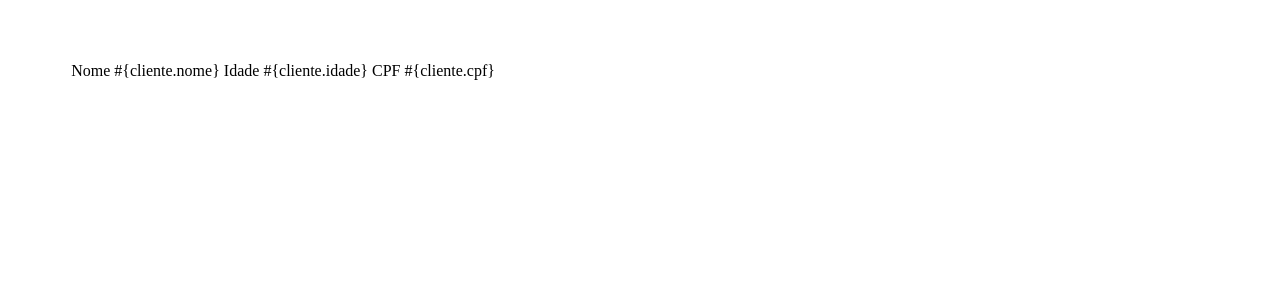
Repository: guiguizan/CRUD-JAVA-WEB
Page: crudnaweb/WebContent/buscaEnd.html
These files come from the project's save history. The page is drawn as it stood at one moment and after the next save; the edit follows.
The browser window is 1280 px wide. The pictures show the whole page.

Above is the page before, as saved 2021-02-03 18:13:56.

### crudnaweb/WebContent/buscaEnd.html
<!DOCTYPE html PUBLIC "-//W3C//DTD XHTML 1.0 Transitional//EN"
    "http://www.w3.org/TR/xhtml1/DTD/xhtml1-transitional.dtd">

<html xmlns="http://www.w3.org/1999/xhtml"
	xmlns:ui="http://xmlns.jcp.org/jsf/facelets"
	xmlns:h="http://xmlns.jcp.org/jsf/html"
	xmlns:f="http://xmlns.jcp.org/jsf/core"
	xmlns:p="http://primefaces.org/ui"
	xmlns:c="http://xmlns.jcp.org/jsp/jstl/core">

<h:outputText value=" CRUD,  by Gui" />


<h:form>
	<br />
	<h:commandButton style="margin-left:5%; border-radius:10% "
		action="#{controleCliente.novo}" value="Cadastrar novo cliente" />
	<br />

	<br />


	<h:dataTable value="#{controleCliente.pesquisaEndereco}" var="cliente"
		border="1" style="margin-left:5%; border-radius: 3%">

</h:dataTable>

		<h:column>
			<f:facet name="header"> Nome </f:facet>
		#{cliente.nome}
	</h:column>

		<h:column>
			<f:facet name="header"> Idade </f:facet>
		#{cliente.idade}
	</h:column>

		<h:column>
			<f:facet name="header"> CPF </f:facet>
		#{cliente.cpf}
	</h:column>







</h:form>
</html>

After the next save:
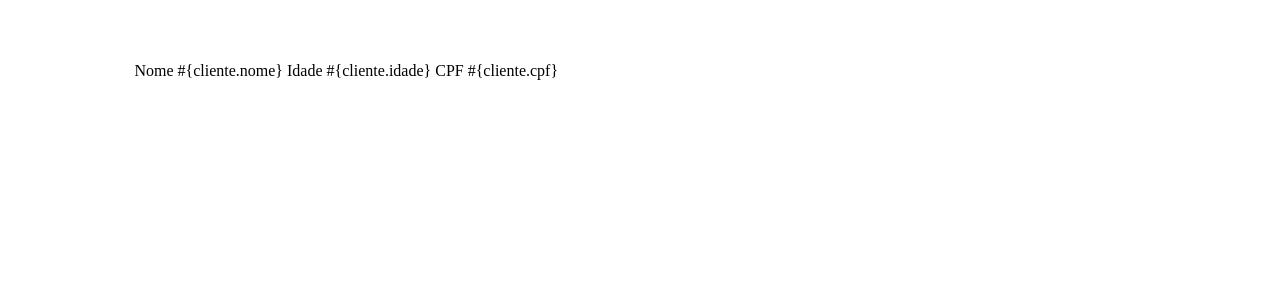
Saved 8 min 0 s later.
--- a/crudnaweb/WebContent/buscaEnd.html
+++ b/crudnaweb/WebContent/buscaEnd.html
@@ -25,6 +25,15 @@
 
 </h:dataTable>
 
+
+
+
+
+	<h:dataTable value="#{controleCliente.clientes}" var="cliente"
+		border="1" style="margin-left:5%; border-radius: 3%">
+
+
+
 		<h:column>
 			<f:facet name="header"> Nome </f:facet>
 		#{cliente.nome}
@@ -41,9 +50,7 @@
 	</h:column>
 
 
-
-
-
+	</h:dataTable>
 
 
 </h:form>
